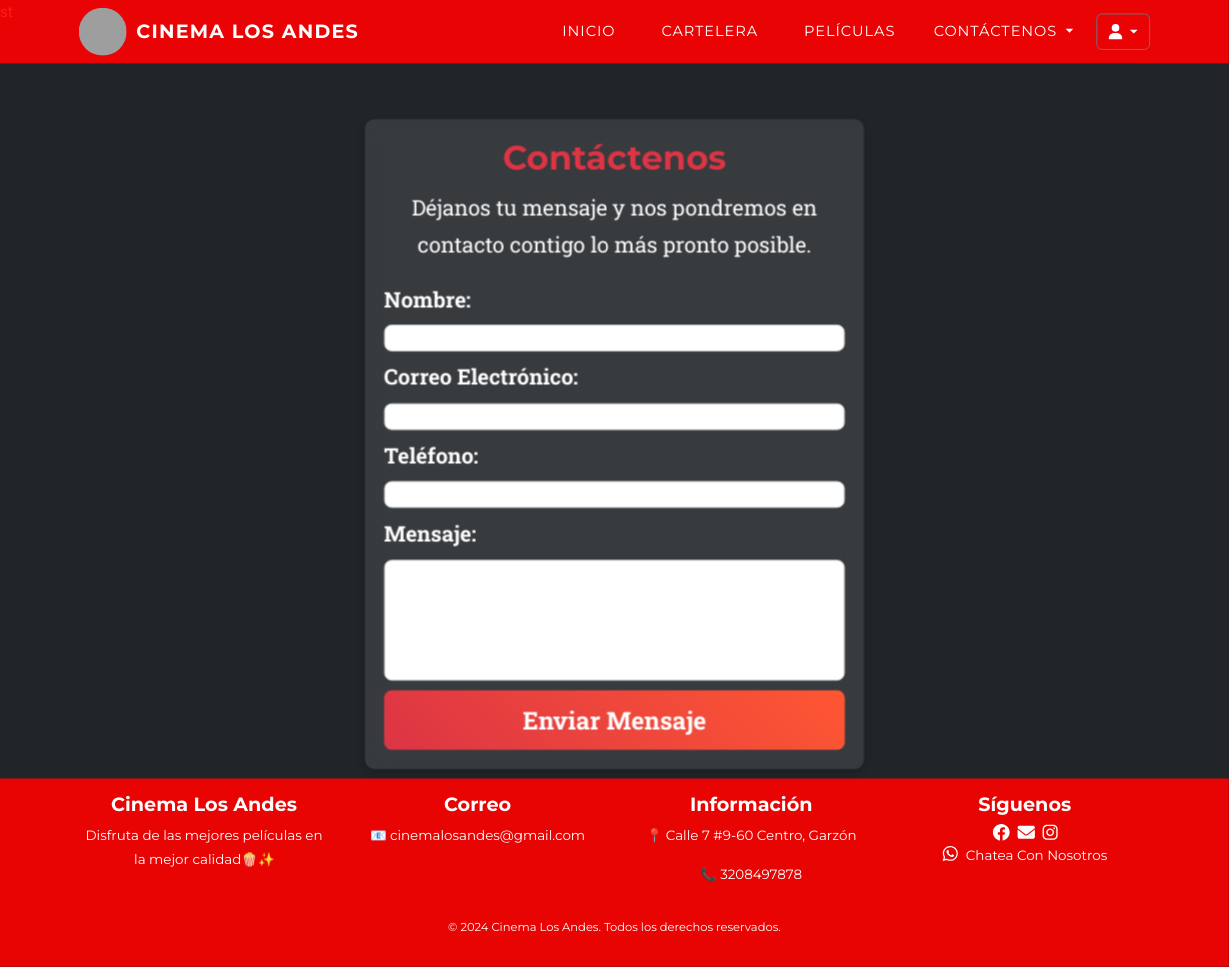
Repository: FelipeADSO/PROYECTO-SENA-FINAL
Page: cinema/templates/contactenos.html
The author's editor kept a copy of each file at every save. The page is drawn from the files as they stood at one save, then again after the next save.
The browser window is 1280 px wide. The pictures show the whole page, at 96% of full size.
Pictures or frames that could not be fetched are drawn as grey boxes. Some web libraries are served in a nearby version. The template is drawn by Django 5.2. The application's start-up code is not run. The template is opened directly, without the code that normally fills it, so the values that code supplies are empty.

Above is the page before, as saved 2025-03-06 07:18:25.

After the next save:
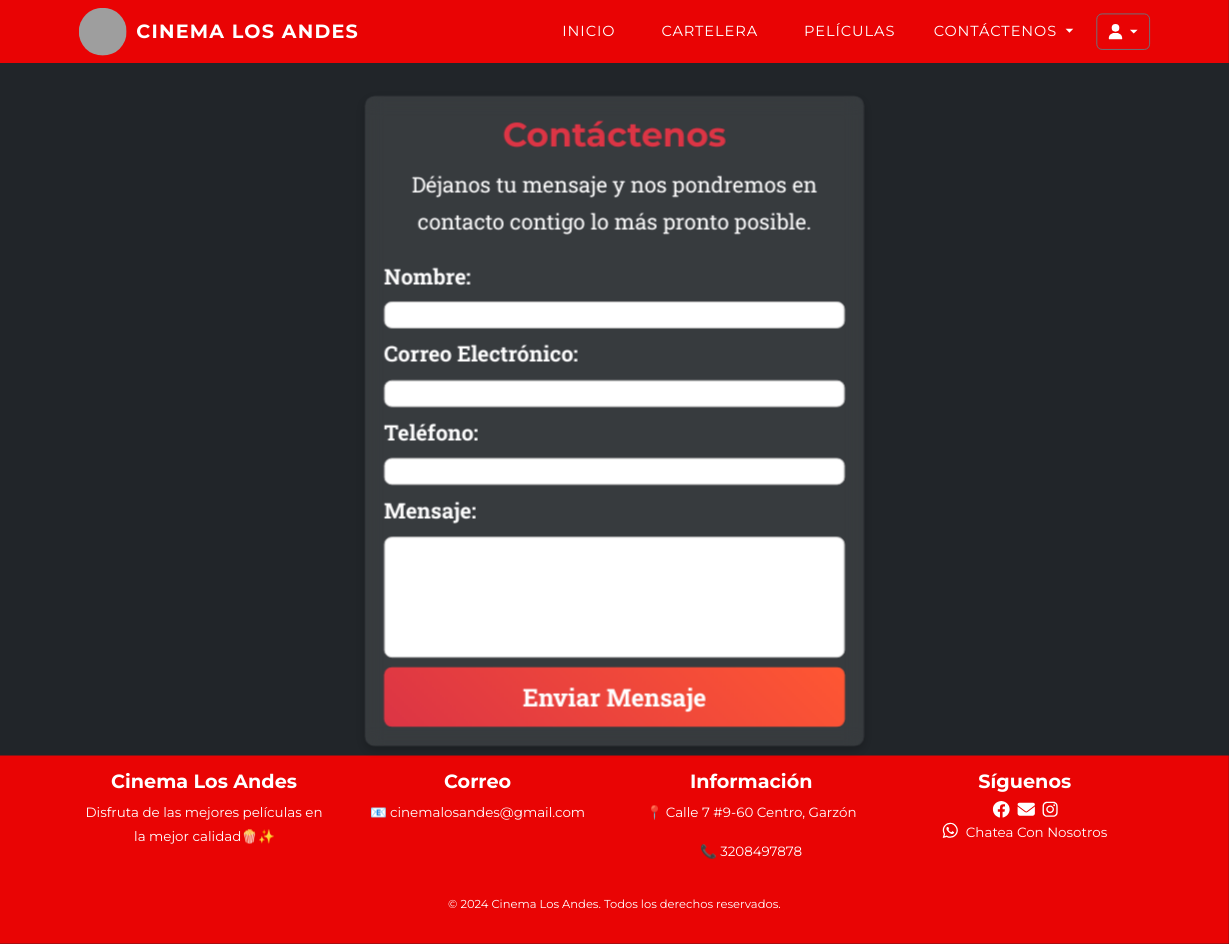
Saved 4 s later.
--- a/cinema/templates/base.html
+++ b/cinema/templates/base.html
@@ -15,7 +15,19 @@
     <link href="https://cdnjs.cloudflare.com/ajax/libs/font-awesome/6.0.0/css/all.min.css" rel="stylesheet">
 
     <link href="{% static 'css/style.css' %}" rel="stylesheet"/>
-    st
+    <style>
+        .dropdown-menu {
+    background-color: red !important; /* Fondo rojo */
+}
+
+.dropdown-menu .dropdown-item {
+    color: white !important; /* Texto en blanco */
+}
+
+.dropdown-menu .dropdown-item:hover {
+    background-color: darkred !important; /* Color más oscuro al pasar el mouse */
+}
+    </style>
     {% block style %} {% endblock %}
 </head>
 
